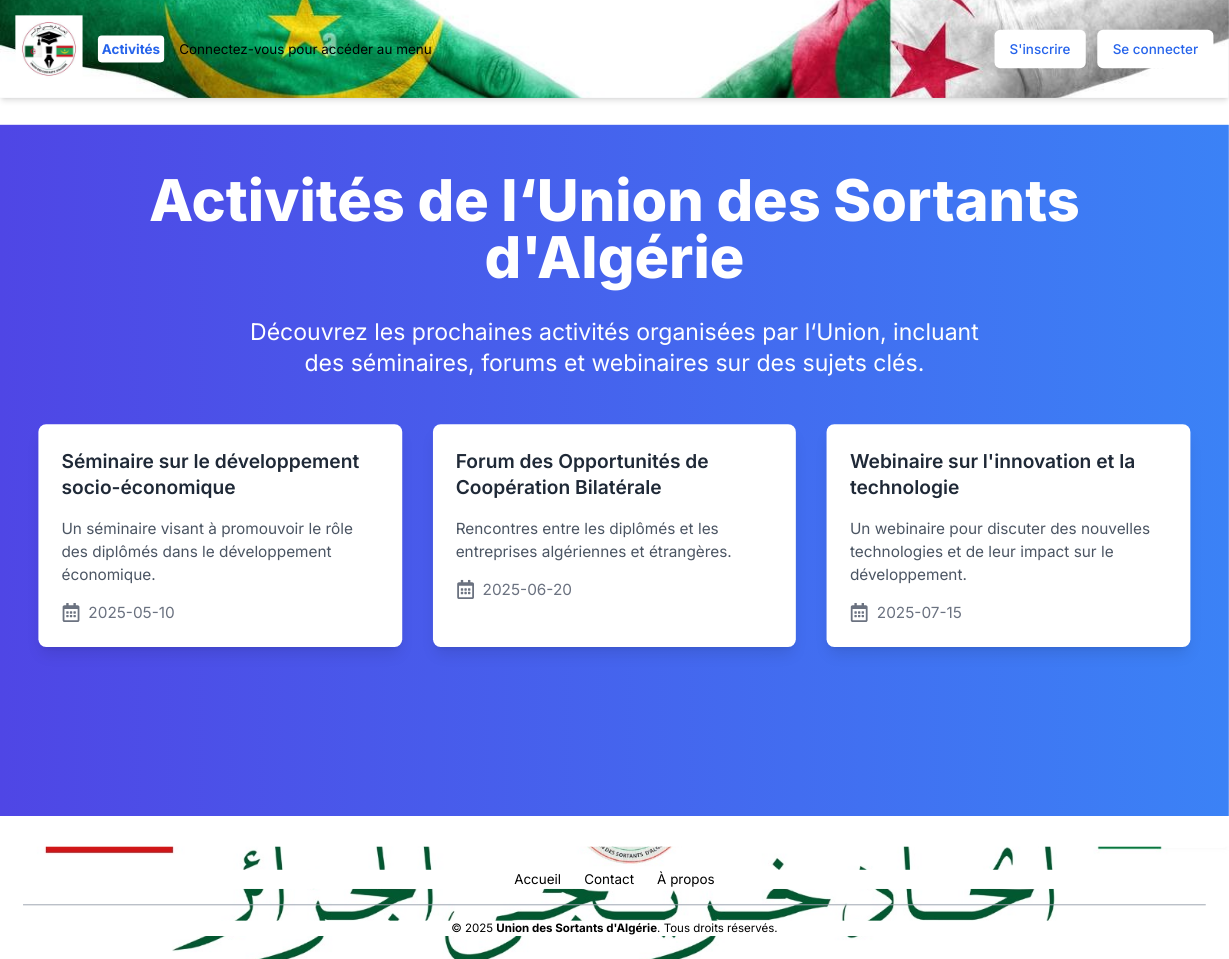
Repository: lamatmed/usa
Page: /activites
The author's editor kept a copy of each file at every save. The page is drawn from the files as they stood at one save, then again after the next save.
The browser window is 1280 px wide. The pictures show the whole page, at 96% of full size.
The project was rebuilt for these pictures with package versions that can differ from the ones it lists, and the page was loaded fresh each time. The framework's server and built-in components were replaced by stand-ins that run in the browser. Also part of the build but not shown: next.config.js, components/ui/dropdown-menu.tsx.

Above is the page before, as saved 2025-04-11 18:52:58.

### app/layout.tsx
import "./globals.css";
import type { Metadata } from "next";
import { Inter } from "next/font/google";
import { AuthProvider } from "@/components/AuthContext";
import NavBar from "@/components/NavBar";
import { Toaster } from "@/components/ui/toaster";
import Footer from "@/components/Footer";

const inter = Inter({ subsets: ["latin"] });

export const metadata: Metadata = {
  title: "Union des Sortants  d'Algérie",
  description: "Application",
  icons: "/R.png",
};

export default function RootLayout({
  children,
}: {
  children: React.ReactNode;
}) {
  return (
    <html lang="fr" className={inter.className} suppressHydrationWarning>
      <body className="flex flex-col min-h-screen">
        <AuthProvider>
          <NavBar />
          <main className="flex-grow mt-7">{children}</main>
          <Footer />
        </AuthProvider>
        <Toaster /> {/* Placer Toaster en dehors d'AuthProvider pour éviter sa réinitialisation */}
      </body>
    </html>
  );
}

### app/activites/page.tsx
'use client';

import { motion } from "framer-motion";
import { FaRegCalendarAlt } from "react-icons/fa";

export default function ActivitiesPage() {
  const activities = [
    {
      id: 1,
      title: "Séminaire sur le développement socio-économique",
      description: "Un séminaire visant à promouvoir le rôle des diplômés dans le développement économique.",
      date: "2025-05-10",
    },
    {
      id: 2,
      title: "Forum des Opportunités de Coopération Bilatérale",
      description: "Rencontres entre les diplômés et les entreprises algériennes et étrangères.",
      date: "2025-06-20",
    },
    {
      id: 3,
      title: "Webinaire sur l'innovation et la technologie",
      description: "Un webinaire pour discuter des nouvelles technologies et de leur impact sur le développement.",
      date: "2025-07-15",
    },
  ];

  return (
    <section className="w-full min-h-screen bg-gradient-to-r from-indigo-600 to-blue-500 text-white px-8 md:px-10 py-12">
      <motion.h1
        className="text-3xl md:text-5xl lg:text-6xl font-extrabold text-center mb-8"
        initial={{ opacity: 0, y: -50 }}
        animate={{ opacity: 1, y: 0 }}
        transition={{ duration: 0.8 }}
      >
        Activités de l&lsquo;Union des Sortants d&apos;Algérie
      </motion.h1>

      <motion.p
        className="text-lg md:text-xl lg:text-2xl max-w-3xl mx-auto text-center mb-12"
        initial={{ opacity: 0, y: 20 }}
        animate={{ opacity: 1, y: 0 }}
        transition={{ delay: 0.3, duration: 0.8 }}
      >
        Découvrez les prochaines activités organisées par l&lsquo;Union, incluant des séminaires, forums et webinaires sur des sujets clés.
      </motion.p>

      <div className="grid gap-8 sm:grid-cols-1 md:grid-cols-2 lg:grid-cols-3">
        {activities.map((activity) => (
          <motion.div
            key={activity.id}
            className="bg-white text-gray-800 rounded-lg shadow-lg overflow-hidden"
            initial={{ opacity: 0, scale: 0.8 }}
            animate={{ opacity: 1, scale: 1 }}
            transition={{ duration: 0.8 }}
          >
            <div className="p-6">
              <h3 className="text-xl font-semibold mb-4">{activity.title}</h3>
              <p className="text-gray-600 mb-4">{activity.description}</p>
              <div className="flex items-center space-x-2 text-gray-500">
                <FaRegCalendarAlt className="w-5 h-5" />
                <span>{activity.date}</span>
              </div>
            </div>
          </motion.div>
        ))}
      </div>
    </section>
  );
}

### components/AuthContext.tsx
"use client";

import { createContext, useState, useEffect, useCallback } from "react";

interface User {
  nni: string;
  id: string;
  name: string;
  role: string;
  photo: string| undefined;
  address: string| undefined;
  job:  string| undefined;
  domain : string| undefined;
  cv: string| undefined
}

interface AuthContextType {
  user: User | null;
  isAuthenticated: boolean;
  login: (token: string) => void;
  logout: () => void;
}

export const AuthContext = createContext<AuthContextType | null>(null);

export function AuthProvider({ children }: { children: React.ReactNode }) {
  const [user, setUser] = useState<User | null>(null);
  const [isAuthenticated, setIsAuthenticated] = useState(false);

  // ✅ `fetchUser` est maintenant stable grâce à `useCallback`
  const fetchUser = useCallback((token: string) => {
    console.log("🔍 Envoi du token pour récupération de l'utilisateur...");

    fetch("/api/me", {
      headers: { Authorization: `Bearer ${token}` },
    })
      .then((res) => res.json())
      .then((data) => {
        console.log("🔍 Réponse API:", data);
        if (data.user) {
          setUser(data.user);
          setIsAuthenticated(true);
        } else {
          throw new Error("Utilisateur non trouvé");
        }
      })
      .catch((error) => {
        console.log("❌ Erreur lors de la récupération de l'utilisateur:", error);
        logout(); // Un seul appel ici
      });
  }, []);


  useEffect(() => {
    const token = localStorage.getItem("token");
    if (token) {
      fetchUser(token); // ✅ Plus de warning
    }
  }, [fetchUser]); // ✅ fetchUser est maintenant stable

  function login(token: string) {
    console.log("✅ Connexion réussie, stockage du token...");
    localStorage.setItem("token", token);
    fetchUser(token);
  }

  function logout() {
    console.log("🚪 Déconnexion, suppression du token...");
    localStorage.removeItem("token");
    setUser(null);
    setIsAuthenticated(false);
  }

  return (
    <AuthContext.Provider value={{ user, isAuthenticated, login, logout }}>
      {children}
    </AuthContext.Provider>
  );
}

### components/ui/toaster.tsx
'use client';

import { useToast } from '@/hooks/use-toast';
import {
  Toast,
  ToastClose,
  ToastDescription,
  ToastProvider,
  ToastTitle,
  ToastViewport,
} from '@/components/ui/toast';

export function Toaster() {
  const { toasts } = useToast();

  return (
    <ToastProvider>
      {toasts.map(function ({ id, title, description, action, ...props }) {
        return (
          <Toast key={id} {...props}>
            <div className="grid gap-1">
              {title && <ToastTitle>{title}</ToastTitle>}
              {description && (
                <ToastDescription>{description}</ToastDescription>
              )}
            </div>
            {action}
            <ToastClose />
          </Toast>
        );
      })}
      <ToastViewport />
    </ToastProvider>
  );
}

### components/Footer.tsx
"use client";

import Link from "next/link";
import { motion } from "framer-motion";

const Footer = () => {
  return (
    <motion.footer
      initial={{ opacity: 0, y: 20 }}
      animate={{ opacity: 1, y: 0 }}
      transition={{ duration: 0.6 }}
      className="w-full py-6 bg-gradient-to-r from-gray-900 to-gray-700 text-white shadow-md mt-8"
      style={{
        backgroundImage: "url('/uda.jpg')", // Remplace par ton image
        backgroundSize: "cover",
        backgroundPosition: "center",
      }}
    >
      <div className="container mx-auto px-6 max-w-7xl text-center">
        {/* Liens rapides */}
        <nav className="mb-4 flex justify-center space-x-6 bg-white text-black">
          <Link href="/" className="text-sm hover:bg-blue-400 transition ">
            Accueil
          </Link>
          <Link
            href="/contact"
            className="text-sm hover:text-blue-900transition hover:bg-blue-400 "
          >
            Contact
          </Link>
          <Link
            href="/about"
            className="text-sm hover:bg-blue-400 transition"
          >
            À propos
          </Link>
        </nav>

        {/* Copyright */}
        <div className="border-t border-gray-400 pt-4 text-center px-2 sm:px-4">
          <p className="text-[10px] sm:text-xs text-black whitespace-nowrap bg-white">
            © {new Date().getFullYear()}{" "}
            <span className="font-bold">Union des Sortants d&apos;Algérie</span>
            . Tous droits réservés.
          </p>
        </div>
      </div>
    </motion.footer>
  );
};

export default Footer;

### components/ui/button.tsx
import * as React from 'react';
import { Slot } from '@radix-ui/react-slot';
import { cva, type VariantProps } from 'class-variance-authority';

import { cn } from '@/lib/utils';

const buttonVariants = cva(
  'inline-flex items-center justify-center whitespace-nowrap rounded-md text-sm font-medium ring-offset-background transition-colors focus-visible:outline-none focus-visible:ring-2 focus-visible:ring-ring focus-visible:ring-offset-2 disabled:pointer-events-none disabled:opacity-50',
  {
    variants: {
      variant: {
        default: 'bg-primary text-primary-foreground hover:bg-primary/90',
        destructive:
          'bg-destructive text-destructive-foreground hover:bg-destructive/90',
        outline:
          'border border-input bg-background hover:bg-accent hover:text-accent-foreground',
        secondary:
          'bg-secondary text-secondary-foreground hover:bg-secondary/80',
        ghost: 'hover:bg-accent hover:text-accent-foreground',
        link: 'text-primary underline-offset-4 hover:underline',
      },
      size: {
        default: 'h-10 px-4 py-2',
        sm: 'h-9 rounded-md px-3',
        lg: 'h-11 rounded-md px-8',
        icon: 'h-10 w-10',
      },
    },
    defaultVariants: {
      variant: 'default',
      size: 'default',
    },
  }
);

export interface ButtonProps
  extends React.ButtonHTMLAttributes<HTMLButtonElement>,
    VariantProps<typeof buttonVariants> {
  asChild?: boolean;
}

const Button = React.forwardRef<HTMLButtonElement, ButtonProps>(
  ({ className, variant, size, asChild = false, ...props }, ref) => {
    const Comp = asChild ? Slot : 'button';
    return (
      <Comp
        className={cn(buttonVariants({ variant, size, className }))}
        ref={ref}
        {...props}
      />
    );
  }
);
Button.displayName = 'Button';

export { Button, buttonVariants };

### components/main-nav.tsx
"use client"

import Link from "next/link"
import { usePathname } from "next/navigation"
import { useContext } from "react"
import { AuthContext } from "@/components/AuthContext"
import { cn } from "@/lib/utils"
import {
  Users,
  Clipboard,
  ComputerIcon ,
  LayoutDashboard
} from "lucide-react"

type NavigationItem = {
  name: string;
  href: string;
  icon: React.ComponentType<any>;
}

type Navigation = {
  ADMIN: NavigationItem[];
  USER: NavigationItem[];

}

const navigation: Navigation = {
  ADMIN: [
    { name: "Tableau de bord", href: "/dashboard", icon: LayoutDashboard },

    { name: "Mon espace", href: "/dashboard/espace-user", icon: ComputerIcon},
    { name: "Mombres", href: "/dashboard/users", icon: Users },
    { name: "Election", href: "/dashboard/config-vote", icon: Clipboard },
  ],
  USER: [
    { name: "Tableau de bord", href: "/dashboard", icon: LayoutDashboard },
    { name: "Mon espace", href: "/dashboard/espace-user", icon: Users },

  ],

}

export function MainNav() {
  const pathname = usePathname()
  const { user, isAuthenticated } = useContext(AuthContext)!;

  // Vérifier le rôle de l'utilisateur
  const userRole = user?.role || "USER";
  const allowedNavigation = navigation[userRole as keyof Navigation] || navigation.USER;

  return (
    <nav className="flex flex-col md:flex-row items-center md:space-x-6 space-y-2 md:space-y-0">
      {isAuthenticated && user ? (
        allowedNavigation.map((item) => {
          const Icon = item.icon
          const isActive = pathname === item.href

          return (
            <Link
              key={item.href}
              href={item.href}
              className={cn(
                "flex items-center text-sm font-medium transition-colors duration-200 px-4 py-2 rounded-lg w-full md:w-auto",
                isActive
                  ? "text-blue-600 bg-gray-100 md:border-b-2 border-blue-600"
                  : "text-gray-700 bg-white hover:text-blue-500 hover:bg-gray-100"
              )}
            >
              <Icon className="mr-2 h-5 w-5" />
              {item.name}
            </Link>
          )
        })
      ) : (
        <span className="text-black text-sm">Connectez-vous pour accéder au menu</span>
      )}
    </nav>
  )
}

### hooks/use-toast.ts
'use client';

import { ToastActionElement, ToastProps } from '@/components/ui/toast';
// Inspired by react-hot-toast library
import * as React from 'react';



const TOAST_LIMIT = 1;
const TOAST_REMOVE_DELAY = 1000000;

type ToasterToast = ToastProps& {
  id: string;
  title?: React.ReactNode;
  description?: React.ReactNode;
  action?: ToastActionElement;
};

const actionTypes = {
  ADD_TOAST: 'ADD_TOAST',
  UPDATE_TOAST: 'UPDATE_TOAST',
  DISMISS_TOAST: 'DISMISS_TOAST',
  REMOVE_TOAST: 'REMOVE_TOAST',
} as const;

let count = 0;

function genId() {
  count = (count + 1) % Number.MAX_SAFE_INTEGER;
  return count.toString();
}

type ActionType = typeof actionTypes;

type Action =
  | {
      type: ActionType['ADD_TOAST'];
      toast: ToasterToast;
    }
  | {
      type: ActionType['UPDATE_TOAST'];
      toast: Partial<ToasterToast>;
    }
  | {
      type: ActionType['DISMISS_TOAST'];
      toastId?: ToasterToast['id'];
    }
  | {
      type: ActionType['REMOVE_TOAST'];
      toastId?: ToasterToast['id'];
    };

interface State {
  toasts: ToasterToast[];
}

const toastTimeouts = new Map<string, ReturnType<typeof setTimeout>>();

const addToRemoveQueue = (toastId: string) => {
  if (toastTimeouts.has(toastId)) {
    return;
  }

  const timeout = setTimeout(() => {
    toastTimeouts.delete(toastId);
    dispatch({
      type: 'REMOVE_TOAST',
      toastId: toastId,
    });
  }, TOAST_REMOVE_DELAY);

  toastTimeouts.set(toastId, timeout);
};

export const reducer = (state: State, action: Action): State => {
  switch (action.type) {
    case 'ADD_TOAST':
      return {
        ...state,
        toasts: [action.toast, ...state.toasts].slice(0, TOAST_LIMIT),
      };

    case 'UPDATE_TOAST':
      return {
        ...state,
        toasts: state.toasts.map((t) =>
          t.id === action.toast.id ? { ...t, ...action.toast } : t
        ),
      };

    case 'DISMISS_TOAST': {
      const { toastId } = action;

      // ! Side effects ! - This could be extracted into a dismissToast() action,
      // but I'll keep it here for simplicity
      if (toastId) {
        addToRemoveQueue(toastId);
      } else {
        state.toasts.forEach((toast) => {
          addToRemoveQueue(toast.id);
        });
      }

      return {
        ...state,
        toasts: state.toasts.map((t) =>
          t.id === toastId || toastId === undefined
            ? {
                ...t,
                open: false,
              }
            : t
        ),
      };
    }
    case 'REMOVE_TOAST':
      if (action.toastId === undefined) {
        return {
          ...state,
          toasts: [],
        };
      }
      return {
        ...state,
        toasts: state.toasts.filter((t) => t.id !== action.toastId),
      };
  }
};

const listeners: Array<(state: State) => void> = [];

let memoryState: State = { toasts: [] };

function dispatch(action: Action) {
  memoryState = reducer(memoryState, action);
  listeners.forEach((listener) => {
    listener(memoryState);
  });
}

type Toast = Omit<ToasterToast, 'id'>;

function toast({ ...props }: Toast) {
  const id = genId();

  const update = (props: ToasterToast) =>
    dispatch({
      type: 'UPDATE_TOAST',
      toast: { ...props, id },
    });
  const dismiss = () => dispatch({ type: 'DISMISS_TOAST', toastId: id });

  dispatch({
    type: 'ADD_TOAST',
    toast: {
      ...props,
      id,
      open: true,
      onOpenChange: (open) => {
        if (!open) dismiss();
      },
    },
  });

  return {
    id: id,
    dismiss,
    update,
  };
}

function useToast() {
  const [state, setState] = React.useState<State>(memoryState);

  React.useEffect(() => {
    listeners.push(setState);
    return () => {
      const index = listeners.indexOf(setState);
      if (index > -1) {
        listeners.splice(index, 1);
      }
    };
  }, [state]);

  return {
    ...state,
    toast,
    dismiss: (toastId?: string) => dispatch({ type: 'DISMISS_TOAST', toastId }),
  };
}

export { useToast, toast };

### components/ui/toast.tsx
'use client';

import * as React from 'react';
import * as ToastPrimitives from '@radix-ui/react-toast';
import { cva, type VariantProps } from 'class-variance-authority';
import { X } from 'lucide-react';

import { cn } from '@/lib/utils';

const ToastProvider = ToastPrimitives.Provider;

const ToastViewport = React.forwardRef<
  React.ElementRef<typeof ToastPrimitives.Viewport>,
  React.ComponentPropsWithoutRef<typeof ToastPrimitives.Viewport>
>(({ className, ...props }, ref) => (
  <ToastPrimitives.Viewport
    ref={ref}
    className={cn(
      'fixed top-0 z-[100] flex max-h-screen w-full flex-col-reverse p-4 sm:bottom-0 sm:right-0 sm:top-auto sm:flex-col md:max-w-[420px]',
      className
    )}
    {...props}
  />
));
ToastViewport.displayName = ToastPrimitives.Viewport.displayName;

const toastVariants = cva(
  'group pointer-events-auto relative flex w-full items-center justify-between space-x-4 overflow-hidden rounded-md border p-6 pr-8 shadow-lg transition-all data-[swipe=cancel]:translate-x-0 data-[swipe=end]:translate-x-[var(--radix-toast-swipe-end-x)] data-[swipe=move]:translate-x-[var(--radix-toast-swipe-move-x)] data-[swipe=move]:transition-none data-[state=open]:animate-in data-[state=closed]:animate-out data-[swipe=end]:animate-out data-[state=closed]:fade-out-80 data-[state=closed]:slide-out-to-right-full data-[state=open]:slide-in-from-top-full data-[state=open]:sm:slide-in-from-bottom-full',
  {
    variants: {
      variant: {
        default: 'border bg-background text-foreground',
        destructive:
          'destructive group border-destructive bg-destructive text-destructive-foreground',
      },
    },
    defaultVariants: {
      variant: 'default',
    },
  }
);

const Toast = React.forwardRef<
  React.ElementRef<typeof ToastPrimitives.Root>,
  React.ComponentPropsWithoutRef<typeof ToastPrimitives.Root> &
    VariantProps<typeof toastVariants>
>(({ className, variant, ...props }, ref) => {
  return (
    <ToastPrimitives.Root
      ref={ref}
      className={cn(toastVariants({ variant }), className)}
      {...props}
    />
  );
});
Toast.displayName = ToastPrimitives.Root.displayName;

const ToastAction = React.forwardRef<
  React.ElementRef<typeof ToastPrimitives.Action>,
  React.ComponentPropsWithoutRef<typeof ToastPrimitives.Action>
>(({ className, ...props }, ref) => (
  <ToastPrimitives.Action
    ref={ref}
    className={cn(
      'inline-flex h-8 shrink-0 items-center justify-center rounded-md border bg-transparent px-3 text-sm font-medium ring-offset-background transition-colors hover:bg-secondary focus:outline-none focus:ring-2 focus:ring-ring focus:ring-offset-2 disabled:pointer-events-none disabled:opacity-50 group-[.destructive]:border-muted/40 group-[.destructive]:hover:border-destructive/30 group-[.destructive]:hover:bg-destructive group-[.destructive]:hover:text-destructive-foreground group-[.destructive]:focus:ring-destructive',
      className
    )}
    {...props}
  />
));
ToastAction.displayName = ToastPrimitives.Action.displayName;

const ToastClose = React.forwardRef<
  React.ElementRef<typeof ToastPrimitives.Close>,
  React.ComponentPropsWithoutRef<typeof ToastPrimitives.Close>
>(({ className, ...props }, ref) => (
  <ToastPrimitives.Close
    ref={ref}
    className={cn(
      'absolute right-2 top-2 rounded-md p-1 text-foreground/50 opacity-0 transition-opacity hover:text-foreground focus:opacity-100 focus:outline-none focus:ring-2 group-hover:opacity-100 group-[.destructive]:text-red-300 group-[.destructive]:hover:text-red-50 group-[.destructive]:focus:ring-red-400 group-[.destructive]:focus:ring-offset-red-600',
      className
    )}
    toast-close=""
    {...props}
  >
    <X className="h-4 w-4" />
  </ToastPrimitives.Close>
));
ToastClose.displayName = ToastPrimitives.Close.displayName;

const ToastTitle = React.forwardRef<
  React.ElementRef<typeof ToastPrimitives.Title>,
  React.ComponentPropsWithoutRef<typeof ToastPrimitives.Title>
>(({ className, ...props }, ref) => (
  <ToastPrimitives.Title
    ref={ref}
    className={cn('text-sm font-semibold', className)}
    {...props}
  />
));
ToastTitle.displayName = ToastPrimitives.Title.displayName;

const ToastDescription = React.forwardRef<
  React.ElementRef<typeof ToastPrimitives.Description>,
  React.ComponentPropsWithoutRef<typeof ToastPrimitives.Description>
>(({ className, ...props }, ref) => (
  <ToastPrimitives.Description
    ref={ref}
    className={cn('text-sm opacity-90', className)}
    {...props}
  />
));
ToastDescription.displayName = ToastPrimitives.Description.displayName;

type ToastProps = React.ComponentPropsWithoutRef<typeof Toast>;

type ToastActionElement = React.ReactElement<typeof ToastAction>;

export {
  type ToastProps,
  type ToastActionElement,
  ToastProvider,
  ToastViewport,
  Toast,
  ToastTitle,
  ToastDescription,
  ToastClose,
  ToastAction,
};

Loaded but not shown: app/globals.css (common file); lib/utils.ts (common file); tailwind.config.ts (common file); components/NavBar.tsx (165 lines, source omitted)

After the next save:
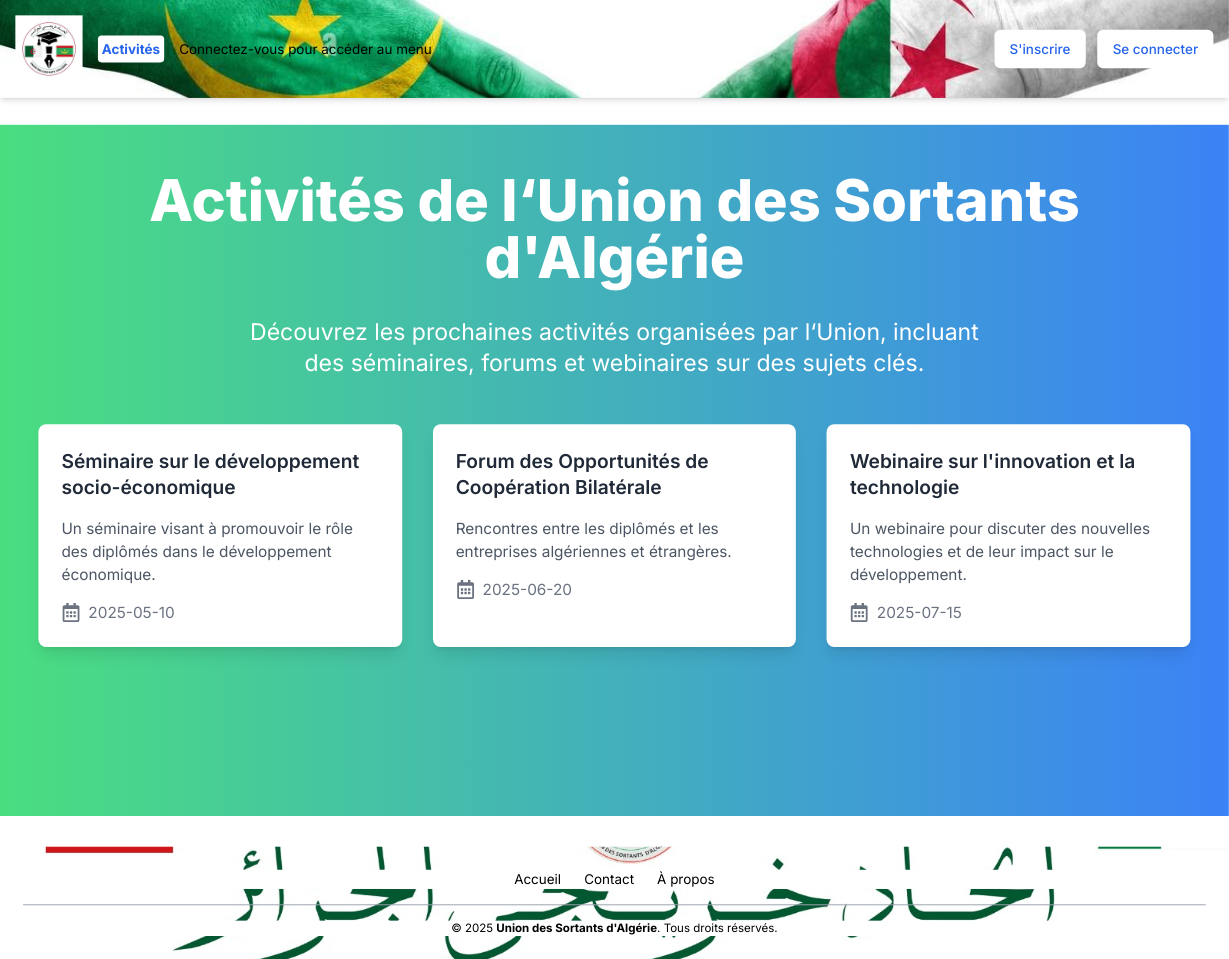
Saved 4 min 31 s later.
--- a/app/activites/page.tsx
+++ b/app/activites/page.tsx
@@ -26,7 +26,7 @@
   ];
 
   return (
-    <section className="w-full min-h-screen bg-gradient-to-r from-indigo-600 to-blue-500 text-white px-8 md:px-10 py-12">
+    <section className="w-full min-h-screen bg-gradient-to-r from-green-400 to-blue-500 text-white px-8 md:px-10 py-12">
       <motion.h1
         className="text-3xl md:text-5xl lg:text-6xl font-extrabold text-center mb-8"
         initial={{ opacity: 0, y: -50 }}
